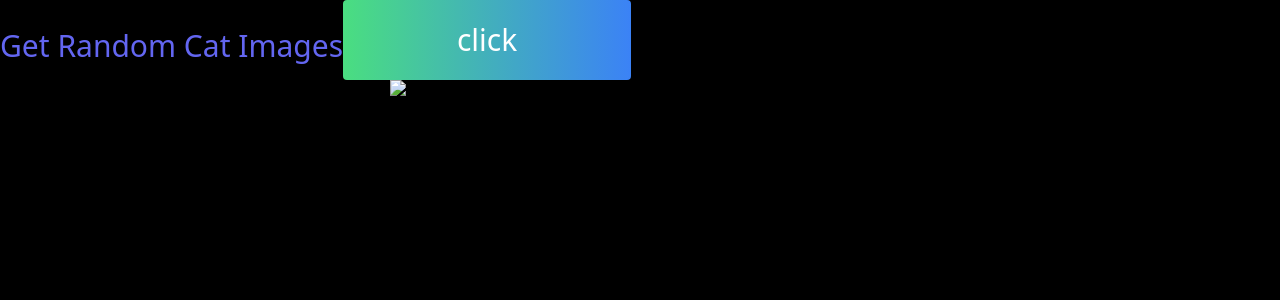
Repository: tentaciones/catMemeGenerator
Page: /
An editor plug-in stored every save of this project. The page is shown before and after the next save, followed by the edit.
The browser window is 1280 px wide. The pictures show the whole page.
The page's requests for data from a server got no answer. Some web fonts or font styles are not loaded; a fallback is used. The project was rebuilt for these pictures with package versions that can differ from the ones it lists, and the page was loaded fresh each time. No one was signed in, and anything a server would have sent is missing. Also part of the build but not shown: src/components/Navbar.jsx, src/components/Header.jsx, src/components/Post.jsx, src/components/Sidebar.jsx, src/pages/home.jsx.

Above is the page before, as saved 2022-07-07 19:54:31.

After the next save:
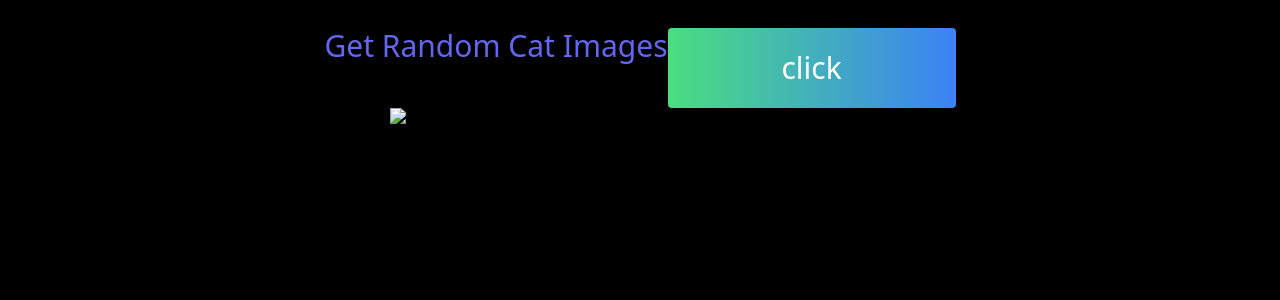
Saved 18 s later.
--- a/src/pages/Generator.jsx
+++ b/src/pages/Generator.jsx
@@ -23,11 +23,11 @@
 
   return (
     <div className="bg-black h-screen">
-      <div className="flex  text-indigo-500 text-3xl">
+      <div className="flex justify-center text-indigo-500 text-3xl">
         <div className="mt-7">Get Random Cat Images</div>
         <button
           onClick={getCat}
-          className="bg-gradient-to-r from-green-400 to-blue-500 hover:from-pink-500 hover:to-yellow-500 text-white w-72 h-20 rounded "
+          className="bg-gradient-to-r from-green-400 to-blue-500 hover:from-pink-500 hover:to-yellow-500 text-white w-72 h-20 rounded mt-7"
         >
           click
         </button>
